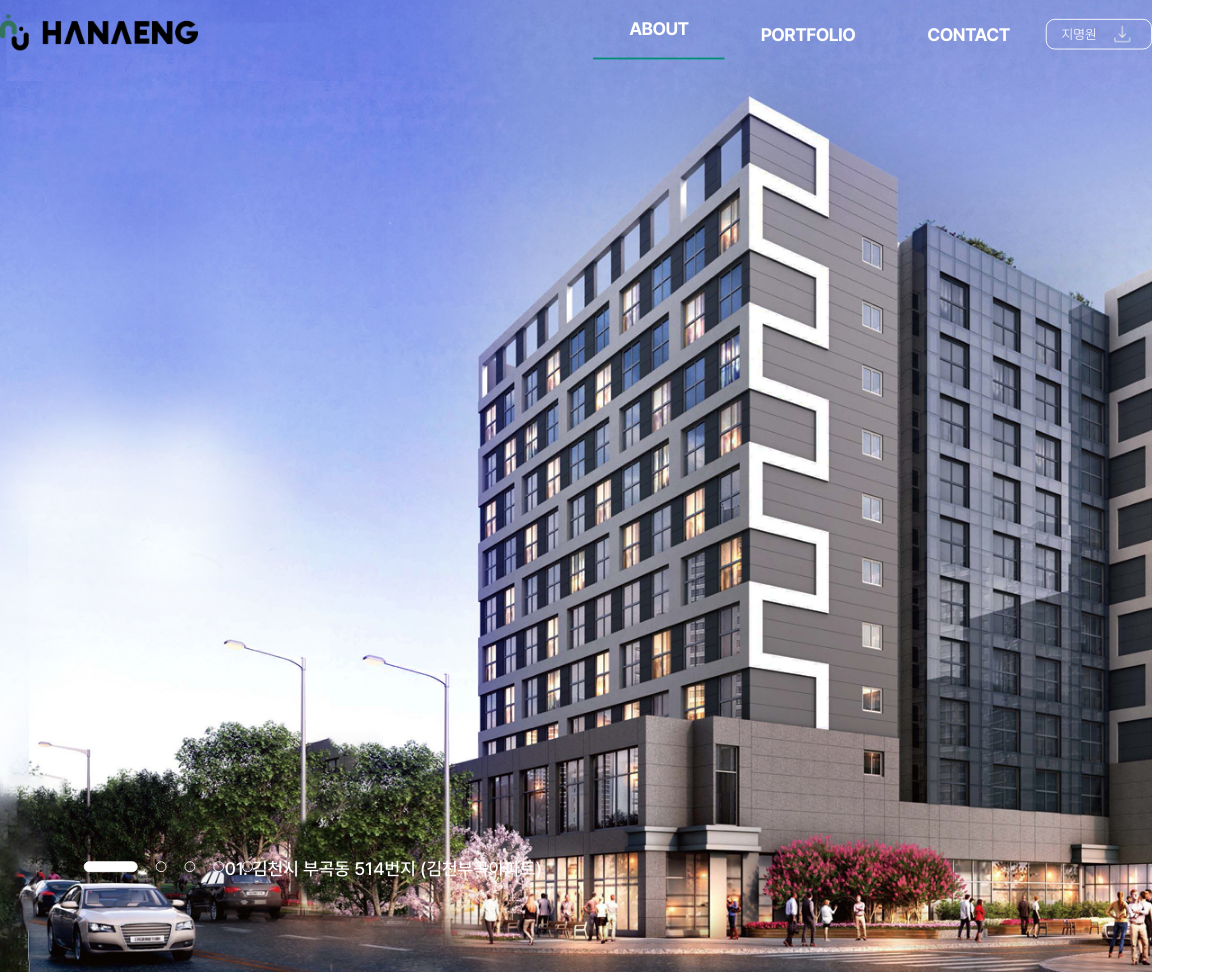
Repository: makeditWeb/hanaenc
Page: main.html
An editor plug-in stored every save of this project. The page is shown before and after the next save, followed by the edit.
The browser window is 1280 px wide. The page is 1363 px wide, so the pictures cover 1363 px, including what lies to the right of the window. The pictures show the whole page, at 90% of full size.
The pointer rests on the first visible `.menu-bar .nav-link`.
Some web libraries are served in a nearby version.

Above is the page before, as saved 2023-07-05 18:53:48.

### main.html
<!DOCTYPE html>
<html lang="en">
<head>
    <meta charset="UTF-8">
    <meta name="viewport" content="width=device-width, initial-scale=1.0">
    <title>Document</title>

    <link rel="stylesheet" href="./css/style.css">

    <link rel="stylesheet" type="text/css" href="//cdn.jsdelivr.net/npm/slick-carousel@1.8.1/slick/slick.css"/>
</head>
<body>
    <header id="nav-menu" aria-label="navigation bar">
        <div class="container">
            <div class="nav-start">
                <a class="logo" href="/">
                    <img src="./image/logo_b.png"alt="Logo" />
                </a>

            </div>



            <div class="nav-end">
                <nav class="menu">
                    <ul class="menu-bar">
                        <li>
                            <button class="nav-link dropdown-btn" data-dropdown="dropdown1" aria-haspopup="true"
                                aria-expanded="false" aria-label="discover">
                                ABOUT
                            </button>
                            <div id="dropdown1" class="dropdown">
                                <ul role="menu">
                                    <li role="menuitem">
                                        <a class="dropdown-link" href="#branding">회사소개 및 연혁</a>
                                    </li>
                                    <li role="menuitem">
                                        <a class="dropdown-link" href="#branding">사업분야</a>
                                    </li>
                                    <li role="menuitem">
                                        <a class="dropdown-link" href="#illustrations">조직도</a>
                                    </li>
                                    <li role="menuitem">
                                        <a class="dropdown-link" href="#illustrations">인증현황</a>
                                    </li>
                                </ul>
                            </div>
                        </li>
                        <li><a class="nav-link" href="/">PORTFOLIO</a></li>
                        <li><a class="nav-link" href="/">CONTACT</a></li>
                    </ul>
                </nav>
                <div class="download_wrap">
                    <p>지명원</p>
                    <img src="./image/navbar_down_w.png">
                </div>
                <button id="hamburger" aria-label="hamburger" aria-haspopup="true" aria-expanded="false">
                    <i class="bx bx-menu" aria-hidden="true"></i>
                </button>
            </div>
        </div>
    </header>

    <section class="main">
        <div class="main-slide-wrap">
            <div class="main-slide">
                <img src="./image/main_slide1.jpg" alt="slide1">
                <p class="slide_title">01. 김천시 부곡동 514번지 (김천부곡아파트)</p>
            </div>
            <div class="main-slide">
                <img src="./image/main_slide2.jpg" alt="slide1">
                <p class="slide_title">01. 김천시 부곡동 514번지 (김천부곡아파트)</p>
            </div>
            <div class="main-slide">
                <img src="./image/main_slide3.jpg" alt="slide1">
                <p class="slide_title">01. 김천시 부곡동 514번지 (김천부곡아파트)</p>
            </div>
            <div class="main-slide">
                <img src="./image/main_slide4.jpg" alt="slide1">
                <p class="slide_title">01. 김천시 부곡동 514번지 (김천부곡아파트)</p>
            </div>
            <div class="main-slide">
                <img src="./image/main_slide5.jpg" alt="slide1">
                <p class="slide_title">01. 김천시 부곡동 514번지 (김천부곡아파트)</p>
            </div>
        </div>
    </section>
</body>

<script type="text/javascript" src="//code.jquery.com/jquery-1.11.0.min.js"></script>
<script type="text/javascript" src="//cdn.jsdelivr.net/npm/slick-carousel@1.8.1/slick/slick.min.js"></script>
<script src="./js/main.js"></script>

<script>
    $(document).ready(function () {
        $('.main-slide-wrap').slick({
            infinite: true,
            slidesToShow: 1,
            dots: true,
            arrows:false,
        });
    });
</script>
</html>

### css/style.css
* {
    margin: 0;
    padding: 0;
    box-sizing: border-box;
}

:root {
    --dark-grey: #333333;
    --medium-grey: #636363;
    --light-grey: #eeeeee;
    --ash: #f4f4f4;
    --primary-color: #2b72fb;
    --white: white;
    --border: 1px solid var(--light-grey);
    --shadow: rgba(0, 0, 0, 0.05) 0px 6px 24px 0px,
        rgba(0, 0, 0, 0.08) 0px 0px 0px 1px;
    --main-color:#009078;
}


@font-face {
    font-family: 'Pretendard-Thin';
    src: url('../font/Pretendard-Thin.woff') format('woff'),
        url('../font/Pretendard-Thin.woff2') format('woff2');
    font-weight: 100;
    font-style: normal;
}

@font-face {
    font-family: 'Pretendard-ExtraLight';
    src: url('../font/Pretendard-ExtraLight.woff') format('woff'),
    url('../font/Pretendard-ExtraLight.woff2') format('woff2');
    font-weight: 200;
    font-style: normal;
}

@font-face {
    font-family: 'Pretendard-Light';
    src: url('../font/Pretendard-Light.woff') format('woff'),
    url('../font/Pretendard-Light.woff2') format('woff2');
    font-weight: 300;
    font-style: normal;
}

@font-face {
    font-family: 'Pretendard-Regular';
    src: url('../font/Pretendard-Regular.woff') format('woff'),
    url('../font/Pretendard-Regular.woff2') format('woff2');
    font-weight: 400;
    font-style: normal;
}

@font-face {
    font-family: 'Pretendard-Medium';
    src: url('../font/Pretendard-Medium.woff') format('woff'),
    url('../font/Pretendard-Medium.woff2') format('woff2');
    font-weight: 500;
    font-style: normal;
}

@font-face {
    font-family: 'Pretendard-SemiBold';
    src: url('../font/Pretendard-SemiBold.woff') format('woff'),
    url('../font/Pretendard-SemiBold.woff2') format('woff2');
    font-weight: 600;
    font-style: normal;
}

@font-face {
    font-family: 'Pretendard-Bold';
    src: url('../font/Pretendard-Bold.woff') format('woff'),
    url('../font/Pretendard-Bold.woff2') format('woff2');
    font-weight: 700;
    font-style: normal;
}

@font-face {
    font-family: 'Pretendard-ExtraBold';
    src: url('../font/Pretendard-ExtraBold.woff') format('woff'),
    url('../font/Pretendard-ExtraBold.woff2') format('woff2');
    font-weight: 800;
    font-style: normal;
}

@font-face {
    font-family: 'Pretendard-Black';
    src: url('../font/Pretendard-Black.woff') format('woff'),
    url('../font/Pretendard-Black.woff2') format('woff2');
    font-weight: 800;
    font-style: normal;
}


body {
    font-family: inherit;

}

ul {
    list-style: none;
}

a {
    text-decoration: none;
}

button {
    border: none;
    background-color: transparent;
    cursor: pointer;
    outline: none;
}

.btn {
    display: block;
    text-align: center;
    padding: 0.6rem 1.4rem;
    font-size: 1rem;
    font-weight: 500;
    border-radius: 5px;
}


.logo {
    width: 220px;
    height: auto;
}

.logo img{
    width: 100%;
    height: 100%;
}

#nav-menu {
    background-color: transparent;
    position: fixed;
    top: 0;
    left: 0;
    height: 100px;
    width: 100%;
    z-index: 9;
    height: 90px;
}

.container {
    display: flex;
    align-items: center;
    justify-content: space-between;
    column-gap: 2rem;

    max-width: 1410px;
    margin: 0 auto;
}

.menu {
    position: relative;
}

.menu-bar li{
    position: relative;
    padding: 10px 0;
}

.menu-bar li:first-child{
    padding: 0 0 10px;
}


.menu-bar .dropdown-link-title {
    font-weight: 600;
}

.menu-bar .nav-link {
    font-size: 20px;
    letter-spacing: -0.6px;
    padding: 20px 40px;
    color: #fff;
    font-family: 'Pretendard-Bold';
    box-sizing: border-box;
}

.menu-bar .nav-link:hover{
    border-bottom: 2px solid var(--main-color);

}

.menu-bar .nav-link:hover,
.dropdown-link:hover {
    color: #fff;
}

.nav-start,
.nav-end,
.menu-bar,
.right-container,
.right-container .search {
    display: flex;
    align-items: center;
}

.dropdown {
    display: flex;
    flex-direction: column;
    width: 180px;
    height: 220px;
    background-color: var(--main-color);
    border-radius: 10px;
    position: absolute;
    top: 80px;
    left: -25px;
    z-index: 1;
    visibility: hidden;
    opacity: 0;
    transform: scale(0.97) translateX(-5px);
    transition: 0.1s ease-in-out;
    box-shadow: var(--shadow);
}

.dropdown.active {
    visibility: visible;
    opacity: 1;
    transform: scale(1) translateX(5px);
}

.dropdown ul {
    display: flex;
    flex-direction: column;
    padding: 27px 25px;
}

.dropdown-btn {
    display: flex;
    align-items: center;
    justify-content: space-between;
    gap: 0.15rem;
}

.dropdown-link {
    color: #fff;
    transition: 0.1s ease-in-out;
}

.dropdown-link p {
    font-size: 20px;
}

.right-container {
    display: flex;
    align-items: center;
    column-gap: 1rem;
}

.right-container .search {
    position: relative;
}

.right-container img {
    border-radius: 50%;
}

.search input {
    background-color: var(--ash);
    border: none;
    border-radius: 6px;
    padding: 0.7rem;
    padding-left: 2.4rem;
    font-size: 16px;
    width: 100%;
    border: var(--border);
}

.search .bx-search {
    position: absolute;
    left: 10px;
    top: 50%;
    font-size: 1.3rem;
    transform: translateY(-50%);
    opacity: 0.6;
}

#hamburger {
    display: none;
    padding: 0.1rem;
    margin-left: 1rem;
    font-size: 1.9rem;
}

.download_wrap{
    display: flex;
    align-items: center;
    justify-content: center;
    border: 1px solid #fff;
    border-radius: 10px;
    width: 118px;
    height: 34px;

}

.download_wrap p{
    font-size: 15px;
    color: #fff;
    font-family: 'Pretendard-Light';
    margin-right: 14px;
}

.download_wrap img{
    width: 30px;
    height: 30px;
}

.main-slide {
    width: 100%;
    position: relative;
}

.main-slide p{
    color: #fff;
    position: absolute;
    bottom: 103px;
    left: 19.5%;
    font-size: 20px;
    font-family: 'Pretendard-Medium';
}

.slick-dots{
    display: flex;
    align-items: center;
    padding: 1rem 0;
    list-style-type: none;
    position: absolute;
    bottom: 95px;
    max-width: 1410px;
    width: 100%;
    margin: 0 auto;
    left: 6.5%;
}

.slick-dots li {
    margin: 0 10px;
}

.slick-dots button {
    display: block;
    width: 12px;
    height: 12px;
    border-radius: 50%;
    padding: 0;
    border: none;
    background-color: transparent;
    border: 1px solid #fff;
    text-indent: -9999px;
}

.slick-dots li.slick-active button {
    width: 60px;
    height: 12px;
    background-color: #fff;
    border-radius: 10px;
  }

@media (max-width: 1100px) {
    #hamburger {
        display: block;
    }

    .container {
        padding: 1.2rem;
    }

    .menu {
        display: none;
        position: absolute;
        top: 87px;
        left: 0;
        min-height: 100vh;
        width: 100vw;
    }



    .dropdown {
        display: none;
        min-width: 100%;
        border: none !important;
        border-radius: 5px;
        position: static;
        top: 0;
        left: 0;
        visibility: visible;
        opacity: 1;
        transform: none;
        box-shadow: none;
    }

    .menu.show,
    .dropdown.active {
        display: block;
    }

    .dropdown ul {
        padding-left: 0.3rem;
    }

    .menu-bar {
        display: flex;
        flex-direction: column;
        align-items: stretch;
        row-gap: 1rem;
        padding: 1rem;
    }

    .menu-bar .nav-link {
        display: flex;
        justify-content: space-between;
        width: 100%;
        font-weight: 600;
        font-size: 1.2rem;
        margin: 0;
    }

    .menu-bar li:first-child .dropdown {
        min-width: 100%;
    }

    .menu-bar>li:not(:last-child) {
        padding-bottom: 0.5rem;
        border-bottom: var(--border);
    }
}

@media (max-width: 600px) {
    .right-container {
        display: none;
    }
}

### js/main.js


// main

const dropdownBtn = document.querySelectorAll(".dropdown-btn");
const dropdown = document.querySelectorAll(".dropdown");
const hamburgerBtn = document.getElementById("hamburger");
const navMenu = document.querySelector(".menu");
const links = document.querySelectorAll(".dropdown a");

function setAriaExpandedFalse() {
  dropdownBtn.forEach((btn) => btn.setAttribute("aria-expanded", "false"));
}

function closeDropdownMenu() {
  dropdown.forEach((drop) => {
    drop.classList.remove("active");
    drop.addEventListener("click", (e) => e.stopPropagation());
  });
}

function toggleHamburger() {
  navMenu.classList.toggle("show");
}

dropdownBtn.forEach((btn) => {
  btn.addEventListener("click", function (e) {
    const dropdownIndex = e.currentTarget.dataset.dropdown;
    const dropdownElement = document.getElementById(dropdownIndex);

    dropdownElement.classList.toggle("active");
    dropdown.forEach((drop) => {
      if (drop.id !== btn.dataset["dropdown"]) {
        drop.classList.remove("active");
      }
    });
    e.stopPropagation();
    btn.setAttribute(
      "aria-expanded",
      btn.getAttribute("aria-expanded") === "false" ? "true" : "false"
    );
  });
});

// close dropdown menu when the dropdown links are clicked
links.forEach((link) =>
  link.addEventListener("click", () => {
    closeDropdownMenu();
    setAriaExpandedFalse();
    toggleHamburger();
  })
);

// close dropdown menu when you click on the document body
document.documentElement.addEventListener("click", () => {
  closeDropdownMenu();
  setAriaExpandedFalse();
});

// close dropdown when the escape key is pressed
document.addEventListener("keydown", (e) => {
  if (e.key === "Escape") {
    closeDropdownMenu();
    setAriaExpandedFalse();
  }
});

// toggle hamburger menu
hamburgerBtn.addEventListener("click", toggleHamburger);

After the next save:
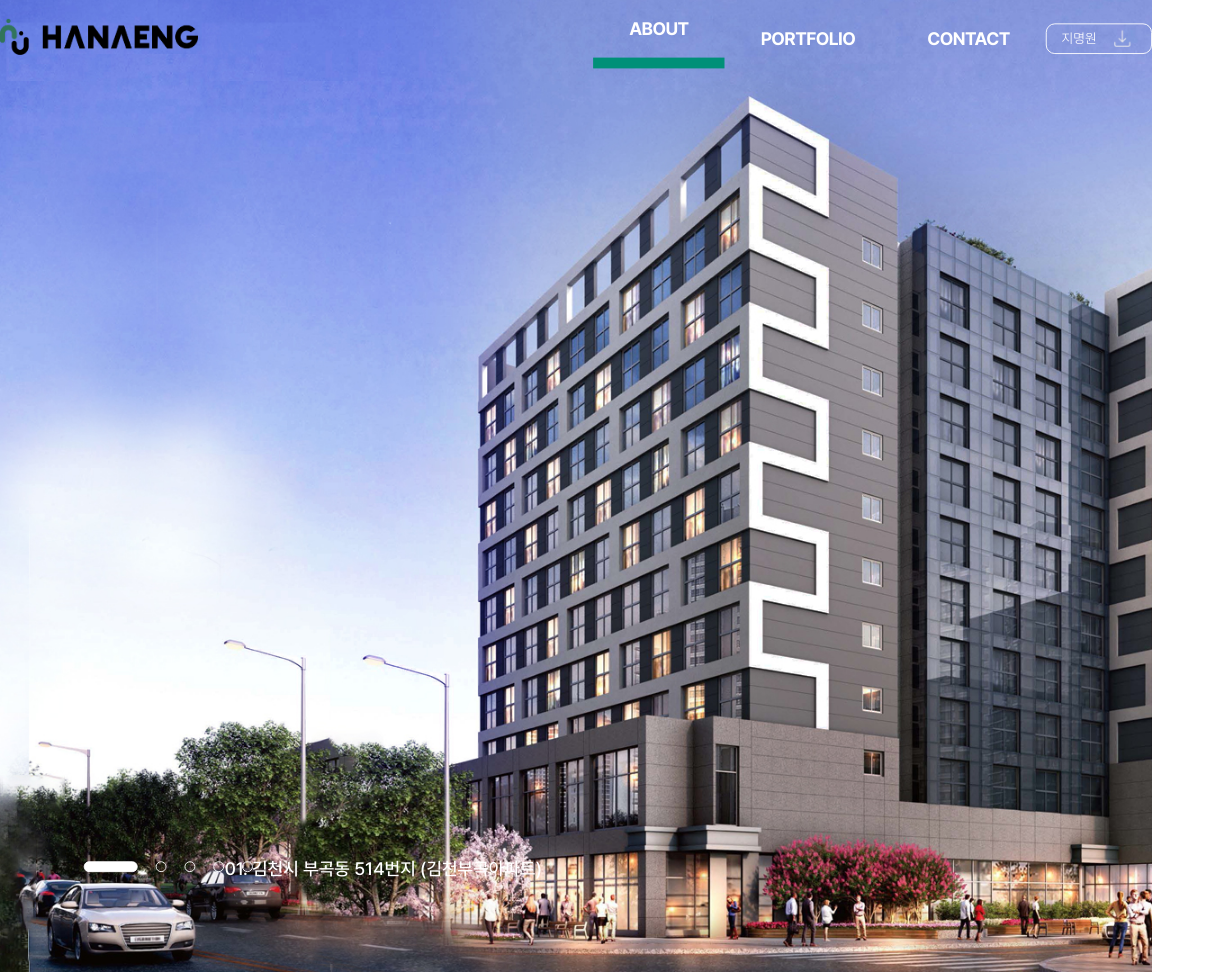
Saved 60 s later.
--- a/css/style.css
+++ b/css/style.css
@@ -181,7 +181,7 @@
 
 .menu-bar .nav-link:hover{
     border-bottom: 2px solid var(--main-color);
-
+    border-bottom-width: 12px;
 }
 
 .menu-bar .nav-link:hover,
